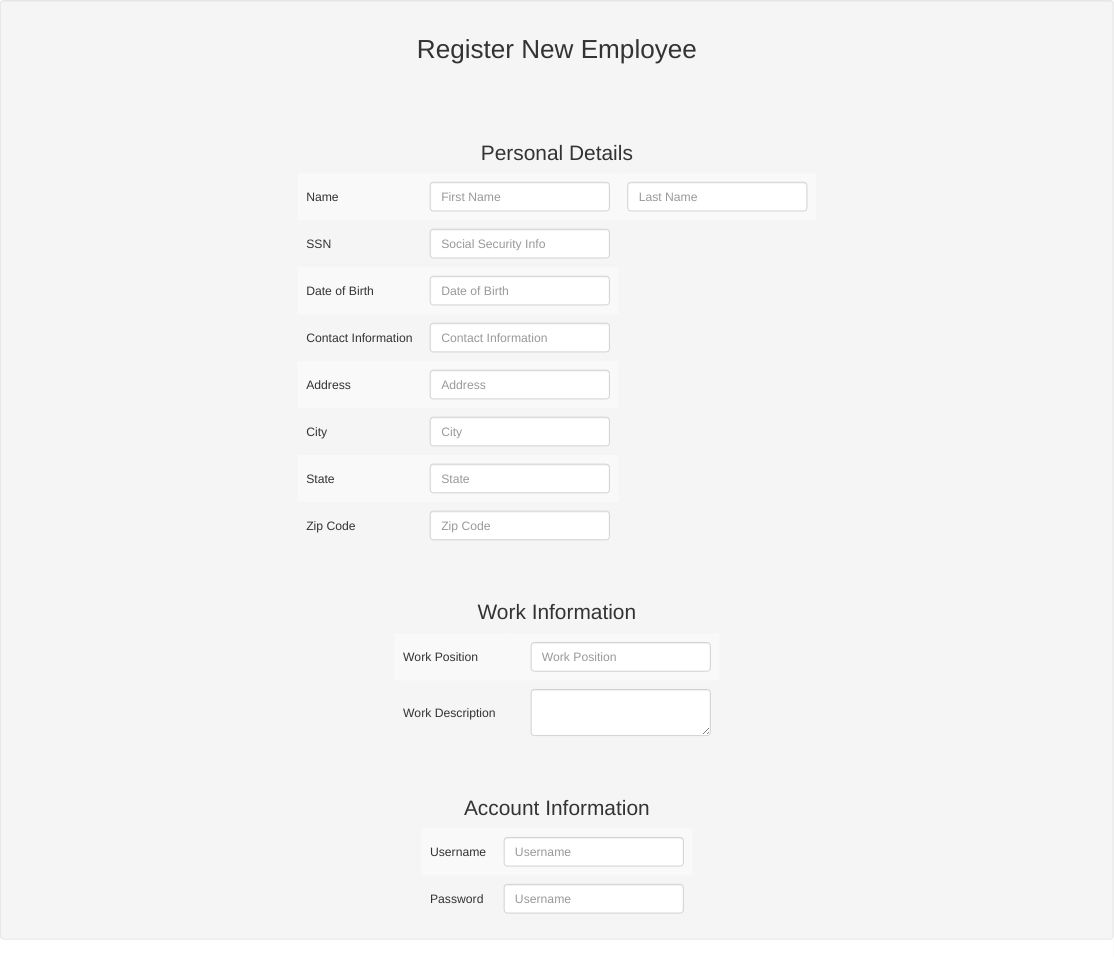
Repository: harshadrane89/CMPE273-WebService-AirlineManagement
Page: http://localhost/AirlineManagementSystemClient/TwitterGUI/NewEmployee.jsp
An editor plug-in stored every save of this project. The page is shown before and after the next save, followed by the edit.
The browser window is 1280 px wide. The pictures show the whole page, at 87% of full size.
The page is served by Tomcat 9. Other server files are loaded and not shown.

Above is the page before, as saved 2013-12-06 10:52:28.

### 273_Project_Tomcat/AirlineManagementSystemClient/WebContent/TwitterGUI/NewEmployee.jsp
<%@page import="com.airlinemgmt.beans.AirlineEmployee"%>
<%@ page language="java" contentType="text/html; charset=ISO-8859-1"
	pageEncoding="ISO-8859-1"%>
<!DOCTYPE html PUBLIC "-//W3C//DTD HTML 4.01 Transitional//EN" "http://www.w3.org/TR/html4/loose.dtd">
<html>
<head>
<meta http-equiv="Content-Type" content="text/html; charset=ISO-8859-1">
<title></title>
<link href="../css/bootstrap.min.css" rel="stylesheet" media="screen">
</head>
<body>

<form action="../EmployeeProcessor" method="post" class="well">
<center>
	<h2> Register New Employee</h2>
	<br>
	<br>
	<br>
	<%
	AirlineEmployee emp=new AirlineEmployee();
	if (session.getAttribute("empObj")!=null)
	{
		emp=(AirlineEmployee)session.getAttribute("empObj");
	}
		%>

			<h3>Personal Details</h3>

			<table cellpadding="10px" cellspacing="10px" class="table-striped">
				<tr>
					<td>Name</td>
					<td><input type="text" placeholder="First Name" name="fName"
						value="<%=emp.getfName()!=null?emp.getfName():""%>" class="form-control"></td>
					<td><input type="text" placeholder="Last Name" name="lName"
						value="<%=emp.getlName()!=null?emp.getlName():""%>" class="form-control"></td>
				</tr>
				<tr>
					<td>SSN</td>
					<td><input type="text" placeholder="Social Security Info"
						name="ssn" value="<%=emp.getSSN()!=null?emp.getSSN():""%>" class="form-control"></td>
				</tr>
				<tr>
					<td>Date of Birth</td>
					<td><input type="text" placeholder="Date of Birth" name="dob" value="<%=emp.getDob()!=null?emp.getDob():""%>" class="form-control">
					</td>
				</tr>
				<tr>
					<td>Contact Information</td>
					<td><input type="text" placeholder="Contact Information"
						name="cInfo" value="<%=emp.getContactNo()!=null?emp.getContactNo():""%>" class="form-control"></td>
				</tr>
				<tr>
					<td>Address</td>
					<td><input type="text" placeholder="Address" name="address" value="<%=emp.getAddress()!=null?emp.getAddress():""%>" class="form-control">
					</td>
				</tr>
				<tr>
					<td>City</td>
					<td><input type="text" placeholder="City" name="city" value="<%=emp.getCity()!=null?emp.getCity():""%>" class="form-control">
					</td>
				</tr>
				<tr>
					<td>State</td>
					<td><input type="text" placeholder="State" name="state" value="<%=emp.getState()!=null?emp.getState():""%>" class="form-control">
					</td>
				</tr>
				<tr>
					<td>Zip Code</td>
					<td><input type="text" placeholder="Zip Code" name="zip" value="<%=emp.getZipCode()!=null?emp.getZipCode():""%>" class="form-control">
					</td>
				</tr>
			</table>

	</center>
	<br>
	<br>

	<center>
		<h3>Work Information</h3>
		<table cellpadding="10px" cellspacing="10px" class="table-striped">
			<tr>
				<td>Work Position</td>
				<td>
				<td>
				<input type="text" placeholder="Work Position" name="wTitle" value="<%=emp.getPosition()!=null?emp.getPosition():""%>" class="form-control">
				</td>
			</tr>
			<tr>
				<td>Work Description</td>
				<td>
				<td><textarea placeholder="Work Description" name="wDesc" value="<%=emp.getWorkDesc()!=null?emp.getWorkDesc():""%>" class="form-control">
					</textarea></td>
			</tr>

		</table>
	</center>
	<br>
	<br>

	<center>
		<h3>Account Information</h3>
		<table cellpadding="10px" cellspacing="10px" class="table-striped" class=" form-control">
			<tr>
				<td>
					Username
				</td>
				<td>
					<input type="text" placeholder="Username" name="uName" value="<%=emp.getUserName()!=null?emp.getUserName():""%>" class="form-control">
				</td>
			</tr>
			<tr>
				<td>
					Password
				</td>
				<td>
					<input type="password" placeholder="Username" name="uPasswd" value="<%=emp.getPassword()!=null?emp.getPassword():""%>" class="form-control">
				</td>
			</tr>
		</table>
	</center>
	</form>
</body>
</html>

### 273_Project_Tomcat/AirlineManagementSystemClient/src/com/airlinemgmt/beans/Person.java
package com.airlinemgmt.beans;

import java.io.Serializable;

public class Person implements Serializable{

	/**
	 *
	 */
	private static final long serialVersionUID = 1L;
	private int personId;
	private String fName;
	private String lName;
	private String address;
	private String city;
	private String state;
	private String zipCode;
	private String dob;
	private int isActive;
	private String roleId;
	private String contactNo;
	private String password;
	private String userName;

	public String getPassword() {
		return password;
	}
	public void setPassword(String password) {
		this.password = password;
	}
	public String getUserName() {
		return userName;
	}
	public void setUserName(String username) {
		this.userName = username;
	}
	public String getContactNo() {
		return contactNo;
	}
	public void setContactNo(String contactNo) {
		this.contactNo = contactNo;
	}
	public int getPersonId() {
		return personId;
	}
	public void setPersonId(int personId) {
		this.personId = personId;
	}
	public String getfName() {
		return fName;
	}
	public void setfName(String fName) {
		this.fName = fName;
	}
	public String getlName() {
		return lName;
	}
	public void setlName(String lName) {
		this.lName = lName;
	}
	public String getAddress() {
		return address;
	}
	public void setAddress(String address) {
		this.address = address;
	}
	public String getCity() {
		return city;
	}
	public void setCity(String city) {
		this.city = city;
	}
	public String getState() {
		return state;
	}
	public void setState(String state) {
		this.state = state;
	}
	public String getZipCode() {
		return zipCode;
	}
	public void setZipCode(String zipCode) {
		this.zipCode = zipCode;
	}
	public String getDob() {
		return dob;
	}
	public void setDob(String dob) {
		this.dob = dob;
	}
	public int getIsActive() {
		return isActive;
	}
	public void setIsActive(int isActive) {
		this.isActive = isActive;
	}
	public String getRoleId() {
		return roleId;
	}
	public void setRoleId(String roleId) {
		this.roleId = roleId;
	}


}

### 273_Project_Tomcat/AirlineManagementSystemClient/src/com/airlinemgmt/beans/AirlineEmployee.java
package com.airlinemgmt.beans;

import java.io.Serializable;

public class AirlineEmployee extends Person implements Serializable {

	/**
	 *
	 */
	private static final long serialVersionUID = 1L;
	private String empId;
	private String workDesc;
	private String hireDate;
	private String position;
	private String SSN;

	public String getSSN() {
		return SSN;
	}

	public void setSSN(String sSN) {
		SSN = sSN;
	}

	public String getEmpId() {
		return empId;
	}

	public void setEmpId(String empId) {
		this.empId = empId;
	}

	public String getWorkDesc() {
		return workDesc;
	}

	public void setWorkDesc(String workDesc) {
		this.workDesc = workDesc;
	}

	public String getHireDate() {
		return hireDate;
	}

	public void setHireDate(String hireDate) {
		this.hireDate = hireDate;
	}

	public String getPosition() {
		return position;
	}

	public void setPosition(String position) {
		this.position = position;
	}

}

Loaded but not shown: 273_Project_Tomcat/AirlineManagementSystemClient/WebContent/css/bootstrap.min.css (library)

After the next save:
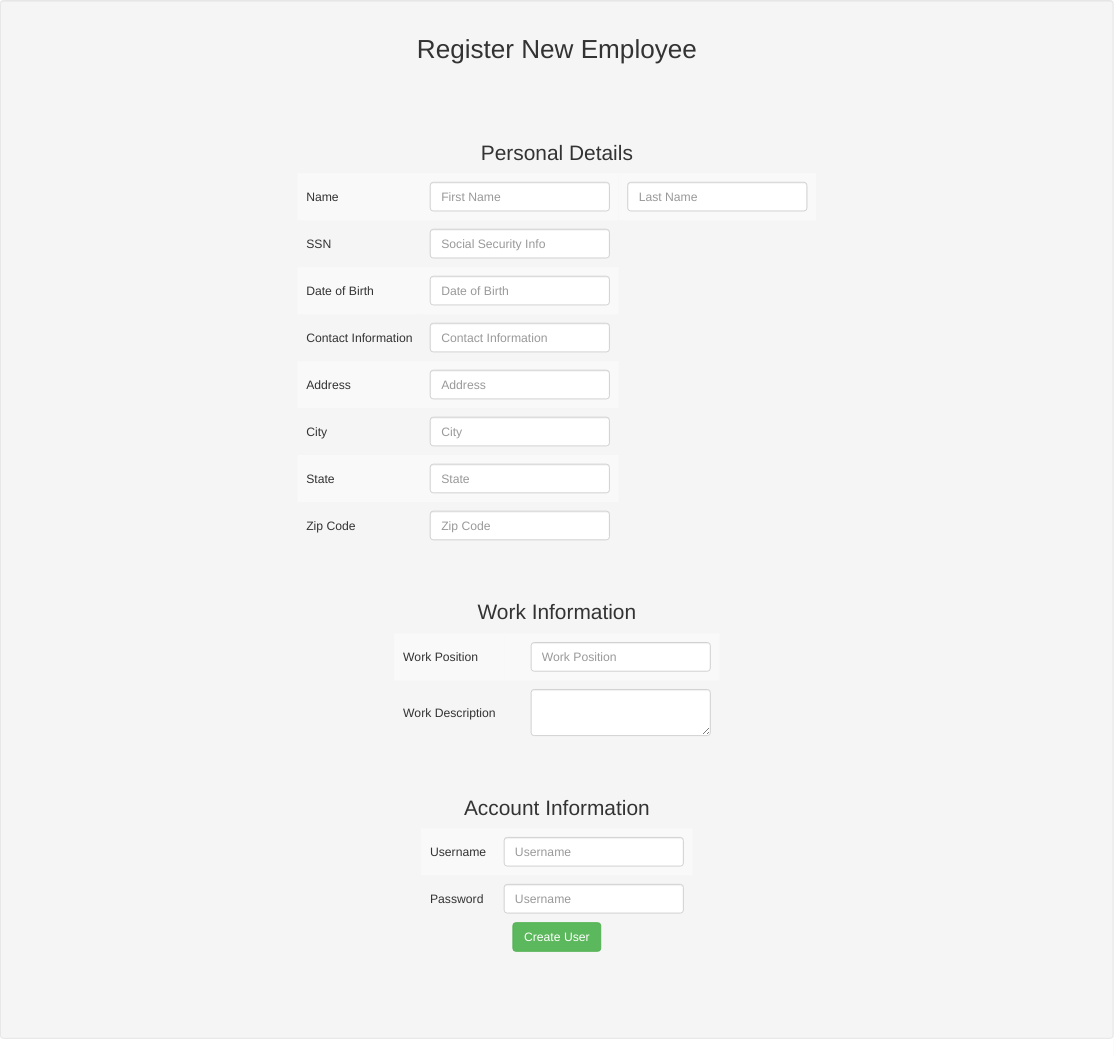
Saved 17 min 27 s later.
--- a/273_Project_Tomcat/AirlineManagementSystemClient/WebContent/TwitterGUI/NewEmployee.jsp
+++ b/273_Project_Tomcat/AirlineManagementSystemClient/WebContent/TwitterGUI/NewEmployee.jsp
@@ -117,6 +117,9 @@
 				</td>
 			</tr>
 		</table>
+		<input type="submit" class="btn btn-success" value="Create User">
+
+			<br> <br> <br> <br> <br>
 	</center>
 	</form>
 </body>
